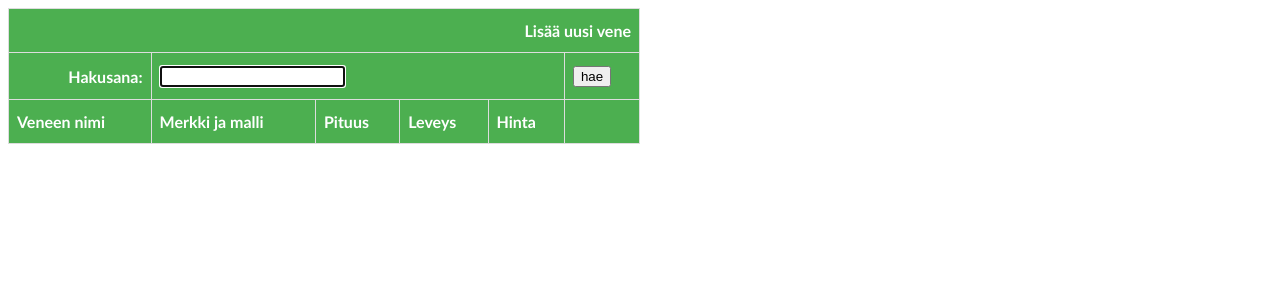
Repository: Muutostehdas/Tentti
Page: http://localhost/Venekanta/listaaveneet.jsp
These files come from the project's save history. The page is drawn as it stood at one moment and after the next save; the edit follows.
The browser window is 1280 px wide. The pictures show the whole page.
The page is served by Tomcat 9.

Above is the page before, as saved 2021-05-20 19:14:19.

After the next save:
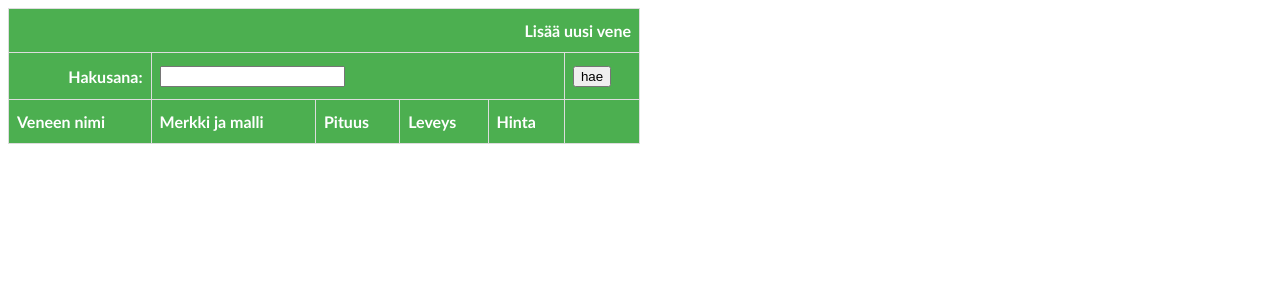
Console error: SyntaxError: Unexpected token ')'
Saved 5 min 43 s later.
--- a/Venekanta/WebContent/listaaveneet.jsp
+++ b/Venekanta/WebContent/listaaveneet.jsp
@@ -71,7 +71,7 @@
 						htmlStr += "<td>" + field.leveys + "</td>";
 						htmlStr += "<td>" + field.hinta + "</td>";
 						htmlStr+="<td><a href='muutavene.jsp?tunnus="+field.tunnus+"'>Muuta</a>&nbsp;";
-						htmlStr += "<span class='poista' onclick=poista("+field.tunnus+",'"+field.nimi+"','"+field.merkkimalli+"')>Poista</span></td>";    //Muodostetaan linkki
+						htmlStr += "<span class='poista' onclick=poista("+field.tunnus+",'"+field.nimi+"','"+field.merkkimalli.replace("","&nbsp;"))+"')>Poista</span></td>";    //Muodostetaan linkki
 						htmlStr += "</tr>";
 						$("#listaus tbody").append(htmlStr);
 					});

After the save that followed:
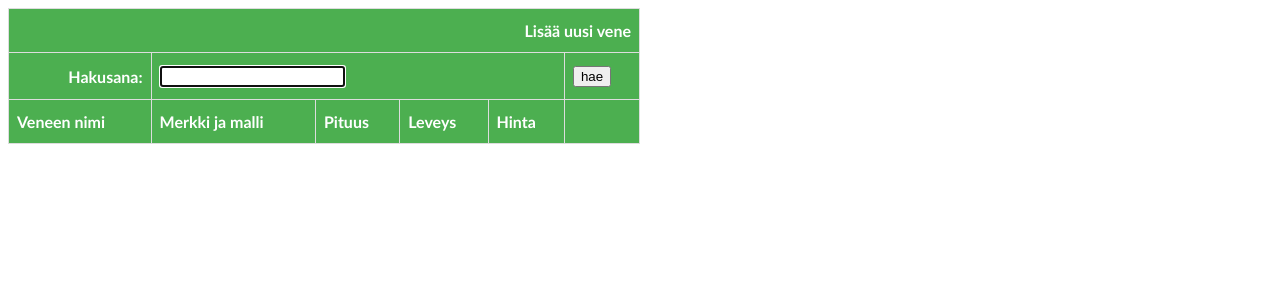
The error is gone.
Saved 46 s later.
--- a/Venekanta/WebContent/listaaveneet.jsp
+++ b/Venekanta/WebContent/listaaveneet.jsp
@@ -71,7 +71,7 @@
 						htmlStr += "<td>" + field.leveys + "</td>";
 						htmlStr += "<td>" + field.hinta + "</td>";
 						htmlStr+="<td><a href='muutavene.jsp?tunnus="+field.tunnus+"'>Muuta</a>&nbsp;";
-						htmlStr += "<span class='poista' onclick=poista("+field.tunnus+",'"+field.nimi+"','"+field.merkkimalli.replace("","&nbsp;"))+"')>Poista</span></td>";    //Muodostetaan linkki
+						htmlStr += "<span class='poista' onclick=poista("+field.tunnus+",'"+field.nimi+"','"+field.merkkimalli.replace("","&nbsp;")+"')>Poista</span></td>";    //Muodostetaan linkki
 						htmlStr += "</tr>";
 						$("#listaus tbody").append(htmlStr);
 					});
